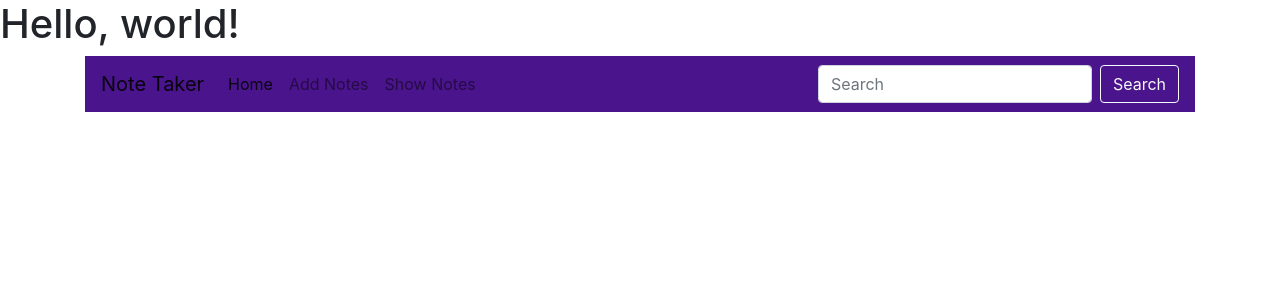
Repository: nayanchy123456/TODO-Project
Page: http://localhost/NoteTaker/
These files come from the project's save history. The page is drawn as it stood at one moment and after the next save; the edit follows.
The browser window is 1280 px wide. The pictures show the whole page.
Some web libraries are served in a nearby version. The page is served by Tomcat 10.

Above is the page before, as saved 2024-09-03 10:25:29.

After the next save:
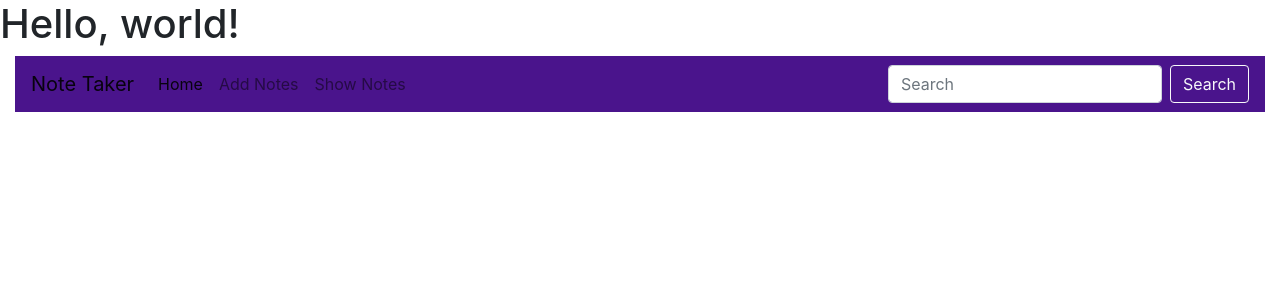
Saved 112 s later.
--- a/TODO webApplication/NoteTaker/src/main/webapp/index.jsp
+++ b/TODO webApplication/NoteTaker/src/main/webapp/index.jsp
@@ -14,7 +14,7 @@
   <body>
     <h1>Hello, world!</h1>
 
-    <div class = "container">
+    <div class = "container-fluid">
     	<%@include file = "navbar.jsp" %>
 
 
